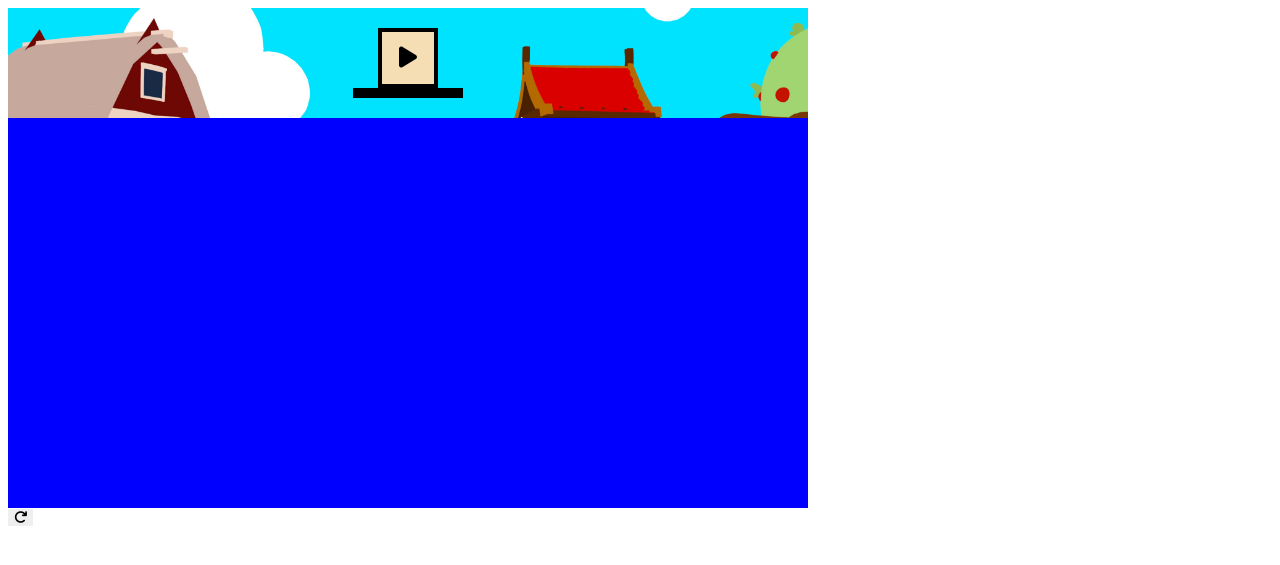
Repository: rumor1993/DreamCoding-Browser101
Page: Chapter07/ellie/index.html
An editor plug-in stored every save of this project. The page is shown before and after the next save, followed by the edit.
The browser window is 1280 px wide. The pictures show the whole page.
Some web libraries are served in a nearby version.

Above is the page before, as saved 2021-01-03 18:37:41.

After the next save:
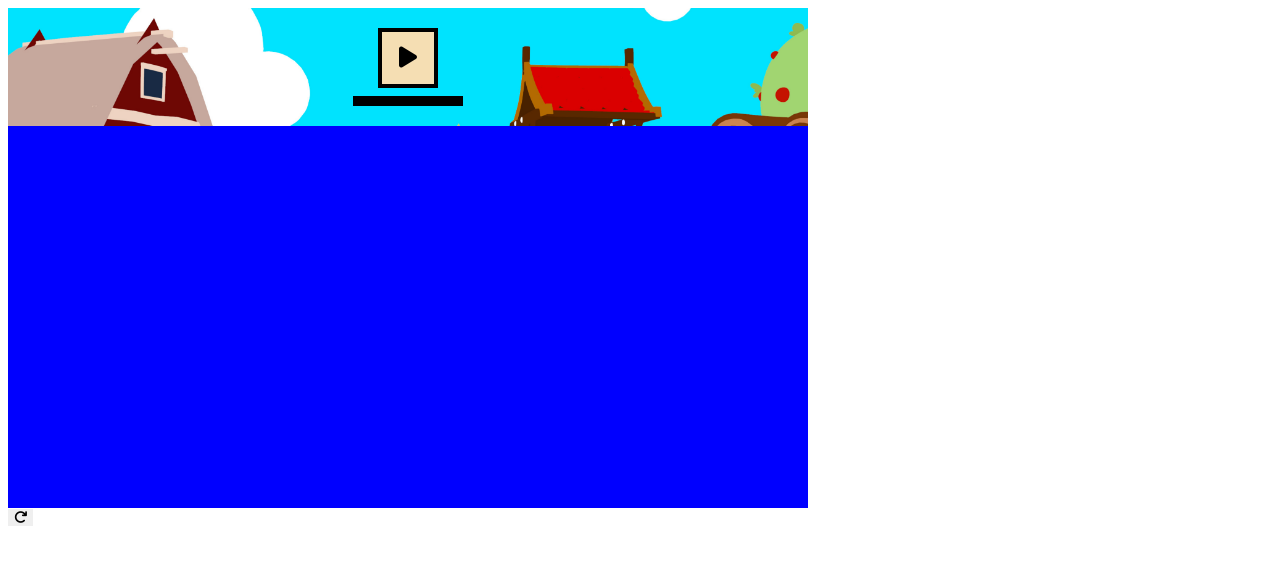
Saved 5 s later.
--- a/Chapter07/ellie/index.css
+++ b/Chapter07/ellie/index.css
@@ -38,7 +38,7 @@ button {
   text-align: center;
   border: 5px solid black;
   font-size: 32px;
-  margin-top
+  margin-top: 8px;
 }
 
 .game-field {
